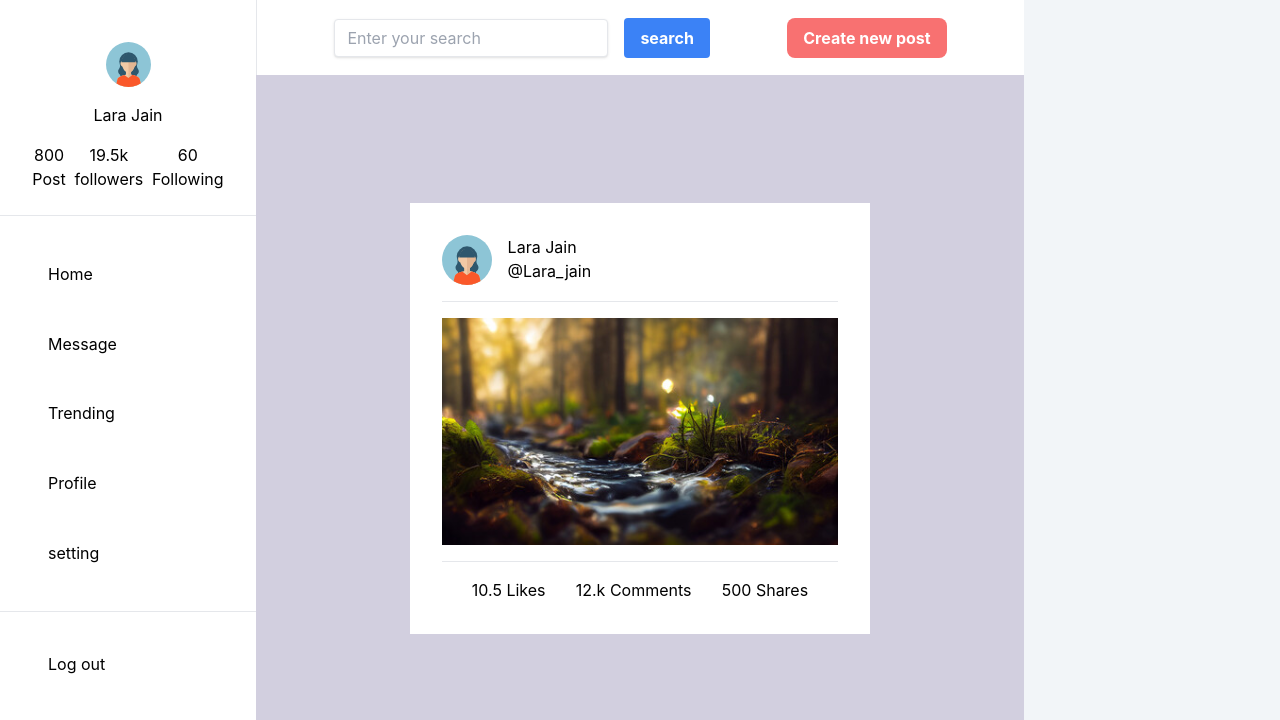
Repository: cosmicswati/upgrad-captions-project
Page: /
An editor plug-in stored every save of this project. The page is shown before and after the next save, followed by the edit.
The browser window is 1280 px wide. The pictures show the whole page.
An inner scrolling area shows only its first screen. The project was rebuilt for these pictures with package versions that can differ from the ones it lists, and the page was loaded fresh each time. Also part of the build but not shown: src/modules/Authorization/Form.jsx, src/modules/Authorization/index.js.

Above is the page before, as saved 2024-04-10 13:13:31.

After the next save:
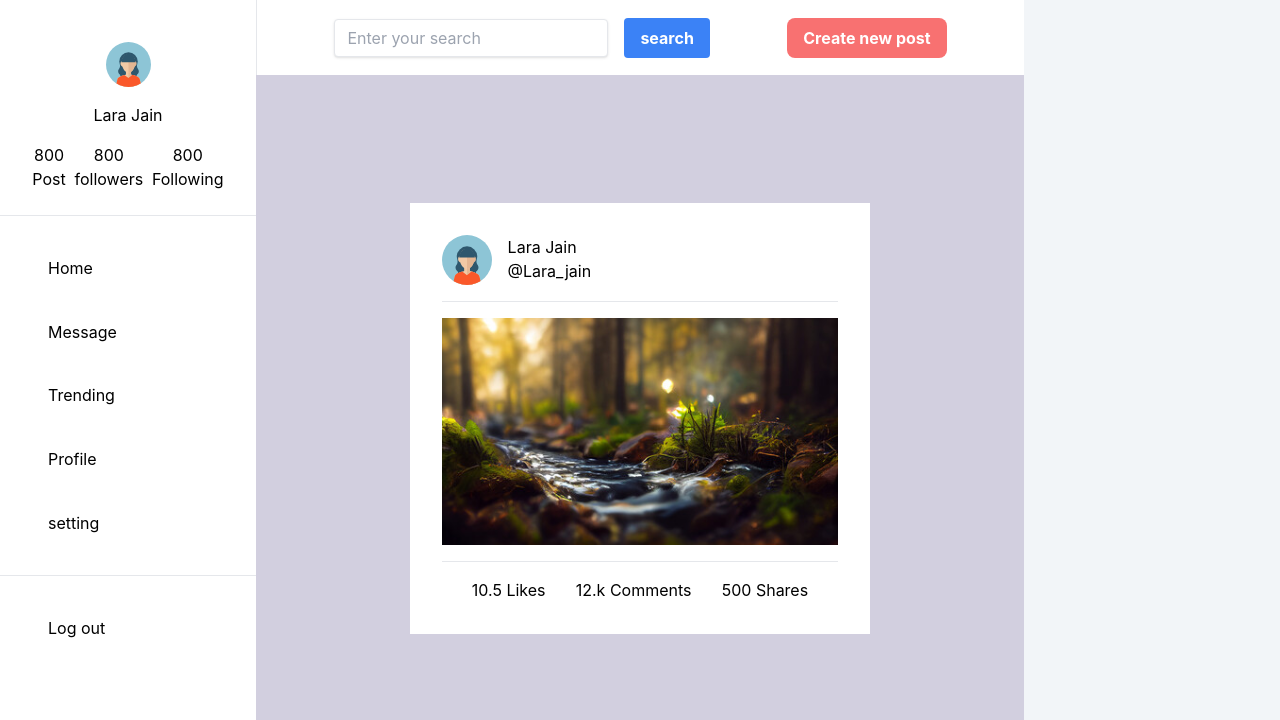
Saved 2 min 30 s later.
--- a/src/modules/Home/index.js
+++ b/src/modules/Home/index.js
@@ -1,8 +1,12 @@
 import React from 'react'
 import { ReactComponent as Avatar} from '../../assets/Avatar.svg'
-import Input from '../../components/Input';
-import Button from '../../components/Button';
+import Input from '../../components/Input'
+import Button from '../../components/Button'
 import postImg from '../../assets/postImg.jpg'
+import {IconArtboard, IconBookmark, IconGridDots, IconHeart, IconHeartOff, IconHome, IconLogout,
+IconMessageCircle, IconPlus, IconSearch, IconSend, IconSettings, IconShare } from '@tabler/icons'
+import { stats } from './data'
+
 
 const Home = () => {
   return (
@@ -18,24 +22,24 @@ const Home = () => {
                             <p>Post</p>
                         </div>
                         <div>
-                            <h4>19.5k</h4>
+                            <h4>800</h4>
                             <p>followers</p>
                         </div>
                         <div>
-                            <h4>60</h4>
+                            <h4>800</h4>
                             <p>Following</p>
                         </div>
                     </div>
                 </div>
             </div>
-            <div className='h-[55%] flex flex-col justify-evenly pl-12 border-b'>
+            <div className='h-[50%] flex flex-col justify-evenly pl-12 border-b'>
                     <div>Home</div>
                     <div>Message</div>
                     <div>Trending</div>
                     <div>Profile</div>
                     <div>setting</div>
             </div>
-            <div className='h-[15%] pt-10'>
+            <div className='h-[20%] pt-10'>
                 <div className='ml-12 cursor-pointer'>Log out</div>
             </div>
         </div>
